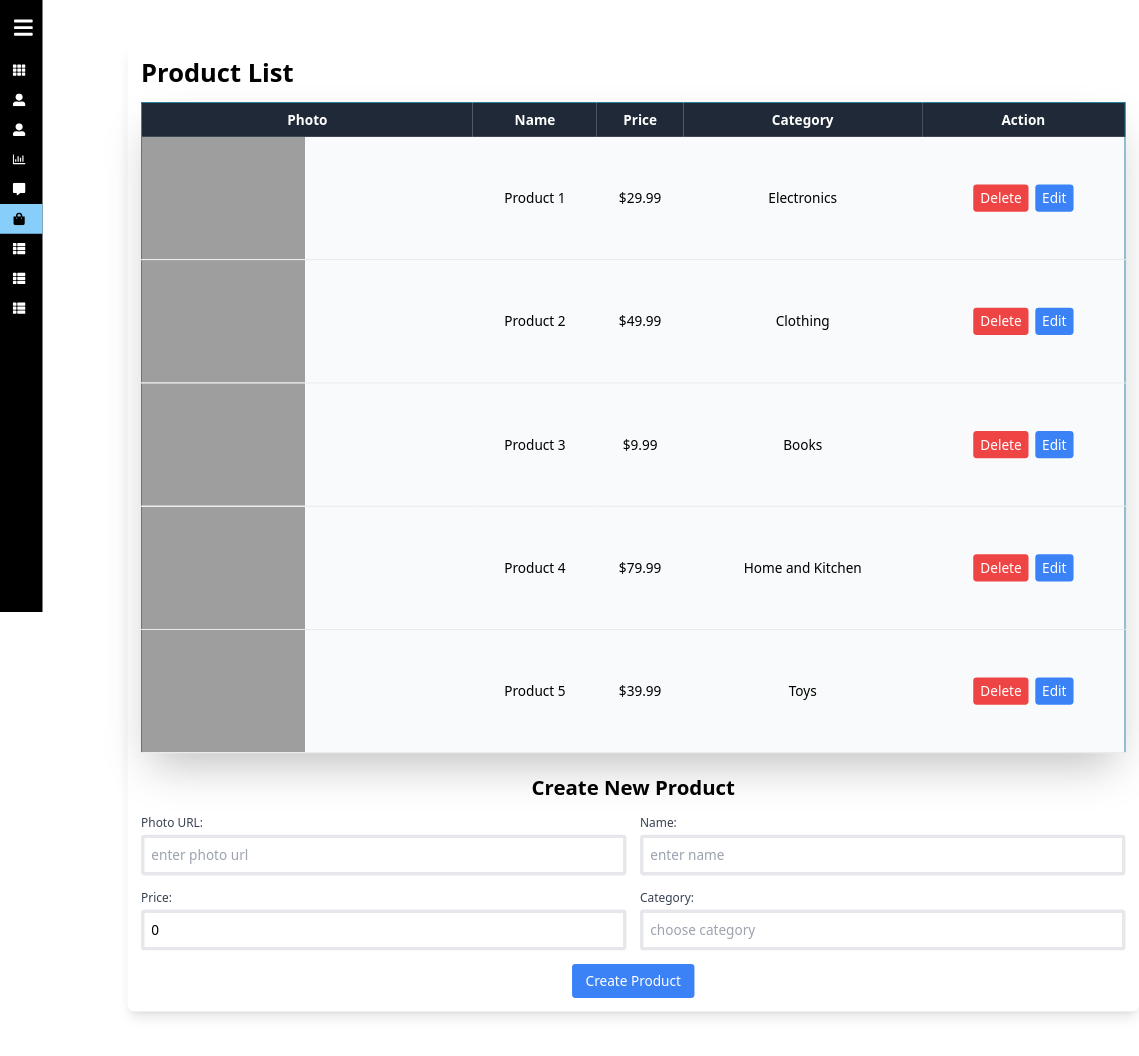
Repository: AndargWorku12/admin-dashboard
Page: /product
These files come from the project's save history. The page is drawn as it stood at one moment and after the next save; the edit follows.
The browser window is 1280 px wide. The page is 1340 px wide, so the pictures cover 1340 px, including what lies to the right of the window. The pictures show the whole page, at 85% of full size.
Pictures or frames that could not be fetched are drawn as grey boxes. The project was rebuilt for these pictures with package versions that can differ from the ones it lists, and the page was loaded fresh each time. Also part of the build but not shown: src/pages/Dashboard.tsx, src/pages/Orders.tsx, src/pages/Category.tsx, src/pages/Login.tsx, src/pages/Analytics.tsx, src/pages/CustemerReview.tsx, src/pages/ShopCard.tsx, src/pages/SignUpForm.tsx.

Above is the page before, as saved 2024-01-26 00:19:58.

### src/index.tsx
import { ColorModeScript } from "@chakra-ui/react"
import * as React from "react"
import * as ReactDOM from "react-dom/client"
import App from "./App"
import './index.css'

const container = document.getElementById("root")
if (!container) throw new Error('Failed to find the root element');
const root = ReactDOM.createRoot(container)

root.render(

  <React.StrictMode>
    <ColorModeScript />
    <App />
  </React.StrictMode>,

)

### src/App.tsx

import React, {useState} from 'react';
import { BrowserRouter, Route, Routes } from 'react-router-dom';
import Sidebar from './components/Sidebar';
import Dashboard from './pages/Dashboard';
// import SignUpForm from './pages/LoginPopup'
import Orders from './pages/Orders';
import Category from './pages/Category';
import Login from './pages/Login'
import Analytics from './pages/Analytics';
import CustemerReview from './pages/CustemerReview';
import ProductList from './pages/ProductList';
import ShopCard from './pages/ShopCard';
import './App.css'
import SignUpForm from './pages/SignUpForm';




type SaleData = {
  date: string;
  amount: number;
};

type RevenueData = {
  month: string;
  revenue: number;
};

type Product = {
    id: string;
    photo: string;
    name: string;
    price: number;
    category: string;
};

type Order = {
    id: string;
    productName: string;
    quantity: number;
    totalPrice: number;

};

type CategoryType = {
  id: string;
  photo:string;
  name: string;
};



// Sample props for components
type DashboardProps = {
  saleData: SaleData[];
  revenueData: RevenueData[];
  // ... other props
};

type AnalyticsProps = {
  salesData: SaleData[];
  // ... other props
};

type ProductProps = {
  products: Product[];
  onUpdate: (productId: string, updatedProduct: Product) => void;

};




type OrderProps = {
  orders: Order[];
  // ... other props
};

type CategoryProps = {
  categories: CategoryType[];
  // ... other props
};







const App: React.FC = () => {


// for the product page to handle
  const [products, setProducts] = useState<Product[]>([


    {
      id: '1',
      photo: 'https://img.ltwebstatic.com/images3_pi/2022/01/10/16417919016a32607182dd11dedeb77e8324b683e8_thumbnail_900x.webp',
      name: 'Product 1',
      price: 29.99,
      category: 'Electronics',
    },
    {
      id: '2',
      photo: 'https://img.ltwebstatic.com/images3_pi/2022/01/10/16417919016a32607182dd11dedeb77e8324b683e8_thumbnail_900x.webp',
      name: 'Product 2',
      price: 49.99,
      category: 'Clothing',
    },
    {
      id: '3',
      photo: 'https://img.ltwebstatic.com/images3_pi/2022/01/10/16417919016a32607182dd11dedeb77e8324b683e8_thumbnail_900x.webp',
      name: 'Product 3',
      price: 9.99,
      category: 'Books',
    },
    {
      id: '4',
      photo: 'https://img.ltwebstatic.com/images3_pi/2022/01/10/16417919016a32607182dd11dedeb77e8324b683e8_thumbnail_900x.webp',
      name: 'Product 4',
      price: 79.99,
      category: 'Home and Kitchen',
    },
    {
      id: '5',
      photo: 'https://img.ltwebstatic.com/images3_pi/2022/01/10/16417919016a32607182dd11dedeb77e8324b683e8_thumbnail_900x.webp',
      name: 'Product 5',
      price: 39.99,
      category: 'Toys',
    },



  ]);

  // Function to handle creating a new product
  const handleCreate = (newProduct: Product) => {
    setProducts((prevProducts) => [...prevProducts, newProduct]);
  };

  // Function to handle updating a product

  const handleUpdate = (productId: string, newName: string, newPrice: number) => {
    setProducts((prevProducts) =>
      prevProducts.map((product) =>
        product.id === productId
          ? { ...product, name: newName, price: newPrice }
          : product
      )
    );
  };



  // Function to handle deleting a product
  const handleDelete = (productId: string) => {
    setProducts((prevProducts) => prevProducts.filter((product) => product.id !== productId));
  };

//  for AnalyticsPage
// for category page


const [categories, setCategories] = useState<CategoryType[]>([
  {
    id: '1',
    photo: 'https://plus.unsplash.com/premium_photo-1661662850226-83c981ed4eba?w=500&auto=format&fit=crop&q=60&ixlib=rb-4.0.3&ixid=M3wxMjA3fDB8MHxzZWFyY2h8MXx8bGFwdG9wJTIwY29tcHV0ZXJ8ZW58MHx8MHx8fDA%3D',
    name: 'Category 1',
  },
  {
    id: '2',
    photo: 'https://plus.unsplash.com/premium_photo-1661662850226-83c981ed4eba?w=500&auto=format&fit=crop&q=60&ixlib=rb-4.0.3&ixid=M3wxMjA3fDB8MHxzZWFyY2h8MXx8bGFwdG9wJTIwY29tcHV0ZXJ8ZW58MHx8MHx8fDA%3D',
    name: 'Category 2',
  },
  {
    id: '3',
    photo: 'https://plus.unsplash.com/premium_photo-1661662850226-83c981ed4eba?w=500&auto=format&fit=crop&q=60&ixlib=rb-4.0.3&ixid=M3wxMjA3fDB8MHxzZWFyY2h8MXx8bGFwdG9wJTIwY29tcHV0ZXJ8ZW58MHx8MHx8fDA%3D',
    name: 'Category 3',
  },
  {
    id: '4',
    photo: 'https://plus.unsplash.com/premium_photo-1661662850226-83c981ed4eba?w=500&auto=format&fit=crop&q=60&ixlib=rb-4.0.3&ixid=M3wxMjA3fDB8MHxzZWFyY2h8MXx8bGFwdG9wJTIwY29tcHV0ZXJ8ZW58MHx8MHx8fDA%3D',
    name: 'Category 4',
  },

]);

// Function to handle creating a new category
// const handleCreateCategory = (newCategory: CategoryType) => {
//   setCategories((prevCategories) => [...prevCategories, newCategory]);
// };
const handleCreateCategory = (newCategory: CategoryType) => {
  // Add the new category to the list of categories
  setCategories((prevCategories) => [...prevCategories, newCategory]);
};

const handleUpdateCategory = (categoryId: string, newName: string) => {
  setCategories((prevCategories) =>
    prevCategories.map((category) =>
      category.id === categoryId ? { ...category, name: newName } : category
    )
  );
};

// Function to handle deleting a category
const handleDeleteCategory = (categoryId: string) => {
  setCategories((prevCategories) => prevCategories.filter((category) => category.id !== categoryId));
};

  const saleData: SaleData[] = [
    { date: '2022-01-01', amount: 100 },
    { date: '2022-01-02', amount: 150 },
    { date: '2022-01-03', amount: 200 },
    { date: '2022-01-04', amount: 120 },
    { date: '2022-01-05', amount: 180 },
    { date: '2022-01-06', amount: 90 },
    { date: '2022-01-07', amount: 110 },
    { date: '2022-01-08', amount: 130 },
    { date: '2022-01-09', amount: 170 },
    { date: '2022-01-10', amount: 160 },
  ];

  const revenueData: RevenueData[] = [
    { month: 'January', revenue: 500 },
    { month: 'February', revenue: 700 },
    { month: 'March', revenue: 600 },
    { month: 'April', revenue: 800 },
    { month: 'May', revenue: 900 },
    { month: 'June', revenue: 750 },
    { month: 'July', revenue: 850 },
    { month: 'August', revenue: 950 },
    { month: 'September', revenue: 700 },
    { month: 'October', revenue: 850 },
  ];


   const [orders, setOrders] = useState<Order[]>([
    {
      id: '1',
      productName: 'Laptop',
      quantity: 2,
      totalPrice: 2000,
    },
    {
      id: '2',
      productName: 'Smartphone',
      quantity: 3,
      totalPrice: 1200,
    },
    {
      id: '3',
      productName: 'Headphones',
      quantity: 1,
      totalPrice: 100,
    },
    {
      id: '4',
      productName: 'Camera',
      quantity: 1,
      totalPrice: 800,
    },

   ]);

  // Function to create a new order
  const handleCreateOrder = (newOrder: Order) => {
    setOrders((prevOrders) => [...prevOrders, newOrder]);
  };

  // Function to delete an order
  const handleDeleteOrder = (orderId: string) => {
    const updatedOrders = orders.filter(order => order.id !== orderId);
    setOrders(updatedOrders);
  };

  // Function to update an order
  const handleUpdateOrder = (orderId: string, updatedOrder: Order) => {
    // Placeholder implementation: Updating the order in the list
    setOrders((prevOrders) =>
      prevOrders.map((order) =>
        order.id === orderId ? { ...order, ...updatedOrder } : order
      )
    );
  };

  return (
    <BrowserRouter>
    <Sidebar>
      <Routes>
        <Route path="/" element={<Dashboard saleData={saleData} revenueData={revenueData} />} />
        <Route path="/dashboard" element={<Dashboard saleData={saleData} revenueData={revenueData} />} />
       <Route path="/login" element={<Login/>}/>
        <Route path="/signup" element={<SignUpForm />} />
        <Route path="/review"element={<CustemerReview username="John" joinedDate="2022-01-01" reviewDate="2022-01-15" reviewText="Lorem ipsum" />}
/>

        <Route path="/analytics" element={<Analytics saleData={saleData} />} />
        <Route
  path="/product"
  element={<ProductList products={products} onCreate={handleCreate} onDelete={handleDelete} onUpdate={handleUpdate} />}
/>
        <Route path="/shop" element={<ShopCard />} />
        <Route
        path="/orders"
        element={
          <Orders
  orders={orders}
  onCreateOrder={handleCreateOrder}
  onDeleteOrder={handleDeleteOrder}
  onUpdateOrder={handleUpdateOrder}
/>
        }
      />

        <Route
            path="/category"
            element={<Category
              categories={categories}
              onCreate={handleCreateCategory}
              onDelete={handleDeleteCategory}
              onUpdate={handleUpdateCategory}
            />}
          />

      </Routes>
    </Sidebar>
  </BrowserRouter>
  );
};

export default App;

### src/components/Sidebar.tsx
import React, { useState } from 'react';
import ReactNode from "react";
import {
    FaTh,
    FaBars,
    FaUserAlt,
    FaRegChartBar,
    FaCommentAlt,
    FaShoppingBag,
    FaThList
} from 'react-icons/fa';
import { NavLink, NavLinkProps } from 'react-router-dom';



interface MenuItem {
    path: string;
    name: string;
    icon: JSX.Element;
}

interface SidebarProps {
  children: React.ReactNode;
}
    const Sidebar: React.FC<React.PropsWithChildren<{}>> = ({ children }) => {
    const [isOpen, setIsOpen] = useState(false);

    const toggle = () => setIsOpen(!isOpen);

    const menuItems: MenuItem[] = [
        {
            path: '/',
            name: 'Dashboard',
            icon: <FaTh />,
        },
        {
            path: '/login',
            name: 'Login',
            icon: <FaUserAlt />,
        },
        {
          path: '/signup',
          name: 'Register form',
          icon: <FaUserAlt />,
      },
        {
            path: '/analytics',
            name: 'Analytics',
            icon: <FaRegChartBar />,
        },
        {
            path: '/review',
            name: 'CustemerReview',
            icon: <FaCommentAlt />,
        },
        {
            path: '/product',
            name: 'Product',
            icon: <FaShoppingBag />,
        },
        {
            path: '/category',
            name: 'Category List',
            icon: <FaThList />,
        },
        {
          path: '/orders',
          name: 'Orders',
          icon: <FaThList />,
      },
      {
        path: '/shop',
        name: 'Sample product',
        icon: <FaThList />,
    },
    ];

    return (
        <div className="container">
            <div style={{ width: isOpen ? '200px' : '50px' }} className="sidebar">
                <div className="top_section">
                    <h1 style={{ display: isOpen ? 'block' : 'none' }} className="logo">
                        Logo
                    </h1>
                    <div style={{ marginLeft: isOpen ? '50px' : '0px' }} className="bars">
                        <FaBars onClick={toggle} />
                    </div>
                </div>
                {menuItems.map((item, index) => (
                    <NavLink to={item.path} key={index} className="link"
                    //  activeClassName="active"
                     >
                        <div className="icon">{item.icon}</div>
                        <div style={{ display: isOpen ? 'block' : 'none' }} className="link_text text-sm">
                            {item.name}
                        </div>
                    </NavLink>
                ))}
            </div>
            <main>{children}</main>
        </div>
    );
};

export default Sidebar;

### src/pages/ProductList.tsx
import React, { useState } from 'react';

interface Product {
  id: string;
  photo: string;
  name: string;
  price: number;
  category: string;
}

interface ProductListProps {
  products: Product[];
  onCreate: (newProduct: Omit<Product, 'id'> & { id?: string }) => void;
  onDelete: (productId: string) => void;
  onUpdate: (productId: string, newName: string, newPrice: number) => void;
}

const ProductList: React.FC<ProductListProps> = ({ products, onCreate, onDelete, onUpdate }) => {
  const [newProduct, setNewProduct] = useState<Omit<Product, 'id'> & { id?: string }>({
    photo: '',
    name: '',
    price: 0,
    category: '',
  });
  const [editingProduct, setEditingProduct] = useState<Product | null>(null);

  const handleCreateProduct = () => {
    onCreate({ ...newProduct, id: Date.now().toString() });
    setNewProduct({
      photo: '',
      name: '',
      price: 0,
      category: '',
    });
  };

  const handleUpdateProduct = () => {
    if (editingProduct) {
      onUpdate(editingProduct.id, editingProduct.name, editingProduct.price);
      setEditingProduct(null);
    }
  };

  const handleDeleteProduct = (id: string) => {
    onDelete(id);
  };

  const handleEditProduct = (product: Product) => {
    setEditingProduct(product);
  };

  return (
    <div className="container mx-auto my-8 p-4 bg-white shadow-lg rounded-lg block gap-64 text-center ml-20">
      <h2 className="text-3xl font-bold mb-4 text-left">Product List</h2>
      <table className="w-full border border-cyan-700 w-max-80 shadow-2xl bg-gray-50">
        <thead>
          <tr className=' bg-gray-800 text-white'>
            <th className="py-2">Photo</th>
            <th className="py-2">Name</th>
            <th className="py-2">Price</th>
            <th className="py-2">Category</th>
            <th className="py-2">Action</th>
          </tr>
        </thead>
        <tbody>
          {products.map((product) => (
            <tr key={product.id} className="border-b">
              <td>
                <img src={product.photo} alt={product.name} className="w-48 h-36 object-cover" />
              </td>
              <td className="py-2">{product.name}</td>
              <td className="py-2">${product.price.toFixed(2)}</td>
              <td className="py-2">{product.category}</td>
              <td className="py-2">
                <button
                  onClick={() => handleDeleteProduct(product.id)}
                  className="bg-red-500 text-white px-2 py-1 rounded mr-2"
                >
                  Delete
                </button>
                <button
                  onClick={() => handleEditProduct(product)}
                  className="bg-blue-500 text-white px-2 py-1 rounded"
                >
                  Edit
                </button>
              </td>
            </tr>
          ))}
        </tbody>
      </table>

      <h2 className="text-2xl font-bold mt-6 mb-4">
        {editingProduct ? 'Edit Product' : 'Create New Product'}
      </h2>
      <div className="grid grid-cols-2 gap-4 text-start">
        <div>
          <label htmlFor="productPhoto" className="block text-sm font-medium text-gray-700">
            Photo URL:
          </label>
          <input
            type="text"
            id="productPhoto"
            placeholder='enter photo url'
            value={editingProduct ? editingProduct.photo : newProduct.photo}
            onChange={(e) =>
              editingProduct
                ? setEditingProduct({ ...editingProduct, photo: e.target.value })
                : setNewProduct({ ...newProduct, photo: e.target.value })
            }
            className="mt-1 p-2 border-4 rounded w-full"
          />
        </div>
        <div>
          <label htmlFor="productName" className="block text-sm font-medium text-gray-700">
            Name:
          </label>
          <input
            type="text"
            id="productName"
            placeholder='enter name'
            value={editingProduct ? editingProduct.name : newProduct.name}
            onChange={(e) =>
              editingProduct
                ? setEditingProduct({ ...editingProduct, name: e.target.value })
                : setNewProduct({ ...newProduct, name: e.target.value })
            }
            className="mt-1 p-2 border-4 rounded w-full"
          />
        </div>
        <div>
          <label htmlFor="productPrice" className="block text-sm font-medium text-gray-700">
            Price:
          </label>
          <input
            type="number"
            id="productPrice"
            placeholder='enter price'
            value={editingProduct ? editingProduct.price : newProduct.price}
            onChange={(e) =>
              editingProduct
                ? setEditingProduct({ ...editingProduct, price: +e.target.value })
                : setNewProduct({ ...newProduct, price: +e.target.value })
            }
            className="mt-1 p-2 border-4 rounded w-full"
          />
        </div>
        <div>
          <label htmlFor="productCategory" className="block text-sm font-medium text-gray-700">
            Category:
          </label>
          <input
            type="text"
            id="productCategory"
            placeholder='choose category'
            value={editingProduct ? editingProduct.category : newProduct.category}
            onChange={(e) =>
              editingProduct
                ? setEditingProduct({ ...editingProduct, category: e.target.value })
                : setNewProduct({ ...newProduct, category: e.target.value })
            }
            className="mt-1 p-2 border-4  rounded w-full"
          />
        </div>
      </div>
      <button
        onClick={editingProduct ? handleUpdateProduct : handleCreateProduct}
        className="mt-4 bg-blue-500 text-white px-4 py-2 rounded"
      >
        {editingProduct ? 'Update Product' : 'Create Product'}
      </button>
    </div>
  );
};

export default ProductList;

### src/App.css
* {
    margin: 0;
    padding: 0;
    text-decoration: none;
}

.container {
    display: flex;
}

main {
    width: 100%;
    padding: 20px;
}

.sidebar {
    background: #000;
    color: #fff;
    height: 100vh;
    width: 200px;
    transition: all 0.5s;
}

.top_section {
    display: flex;
    align-items: center;
    padding: 20px 15px;
}

.logo {
    font-size: 30px;
}

.bars {
    display: flex;
    font-size: 25px;
    margin-left: 50px;
}

.link {
    display: flex;
    color: #fff;
    padding: 10px 15px;
    gap: 15px;
    transition: all 0.5s;
}

.link:hover {
    background: lightskyblue;
    color: #000;
    transition: all 0.5s;
}

.active {
    background: lightskyblue;
    color: #000;
}

.icon,
.link_text {
    font-size: 15px;
}

Loaded but not shown: public/index.html (common file); src/index.css (common file); tailwind.config.js (common file)

After the next save:
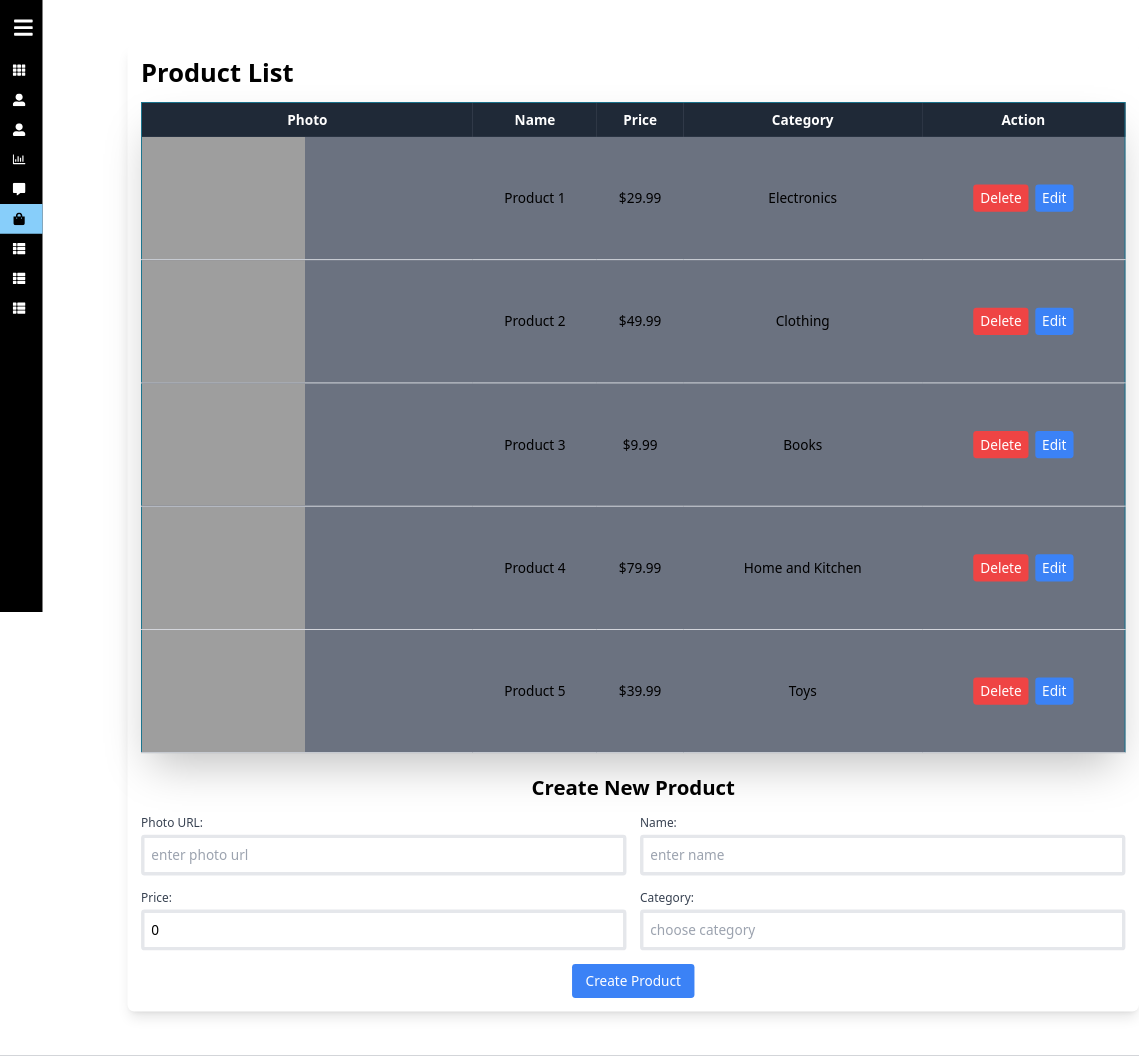
Saved 19 s later.
--- a/src/pages/ProductList.tsx
+++ b/src/pages/ProductList.tsx
@@ -52,7 +52,7 @@ const ProductList: React.FC<ProductListProps> = ({ products, onCreate, onDelete,
   return (
     <div className="container mx-auto my-8 p-4 bg-white shadow-lg rounded-lg block gap-64 text-center ml-20">
       <h2 className="text-3xl font-bold mb-4 text-left">Product List</h2>
-      <table className="w-full border border-cyan-700 w-max-80 shadow-2xl bg-gray-50">
+      <table className="w-full border border-cyan-700 w-max-80 shadow-2xl bg-gray-500">
         <thead>
           <tr className=' bg-gray-800 text-white'>
             <th className="py-2">Photo</th>
